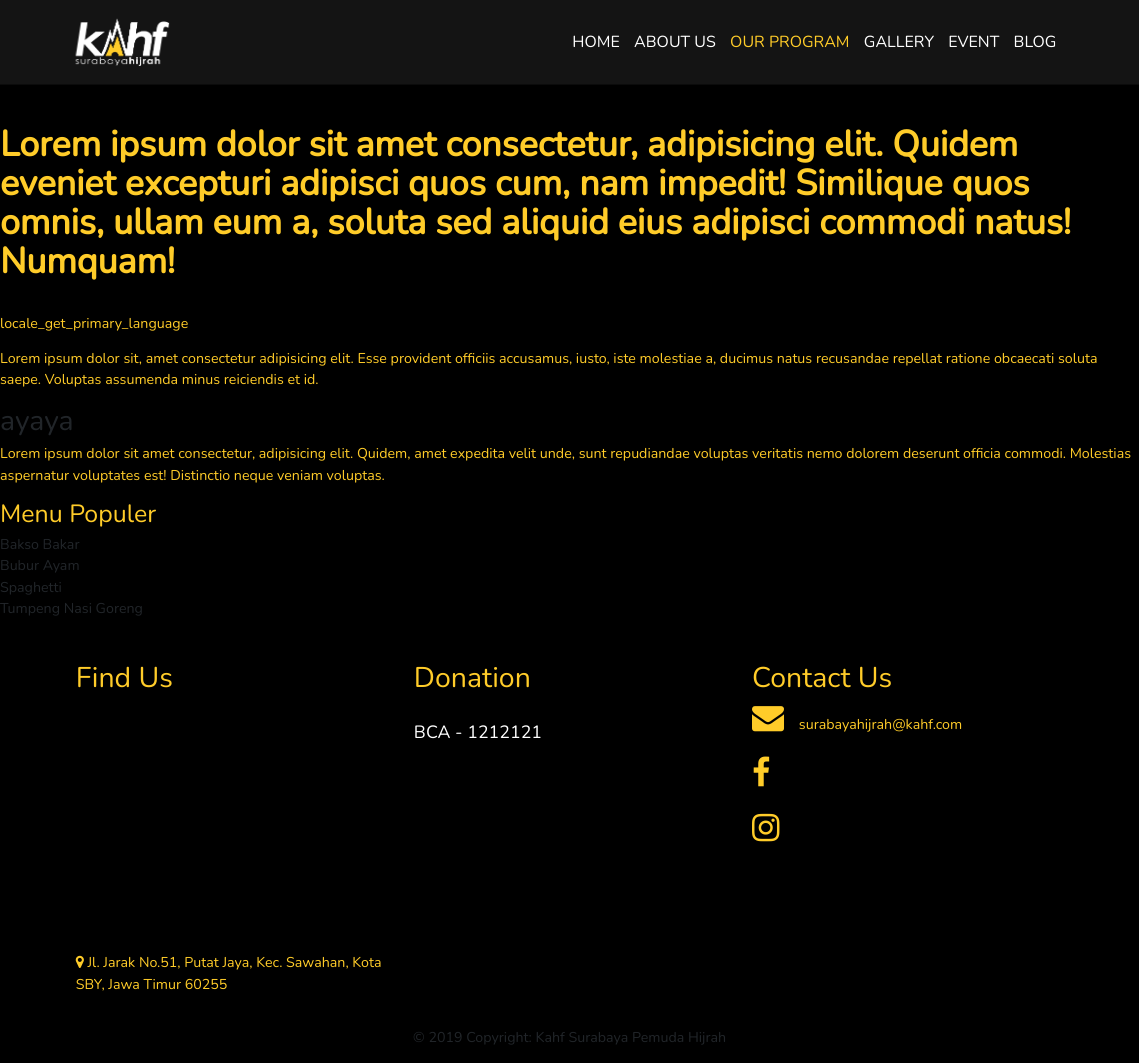
Repository: shandytp/surabaya-hijrah
Page: http://localhost/ourprogram.php
These files come from the project's save history. The page is drawn as it stood at one moment and after a run of saves; the edit follows.
The browser window is 1280 px wide. The pictures show the whole page, at 89% of full size.
Pictures or frames that could not be fetched are drawn as grey boxes. Some web libraries are served in a nearby version. The page is run by PHP 8.4 with error messages shown; the project is at /var/www/html/.

Above is the page before, as saved 2019-08-20 16:45:52.
Console error: TypeError: Cannot read properties of undefined (reading 'fn')

After the next 2 saves:
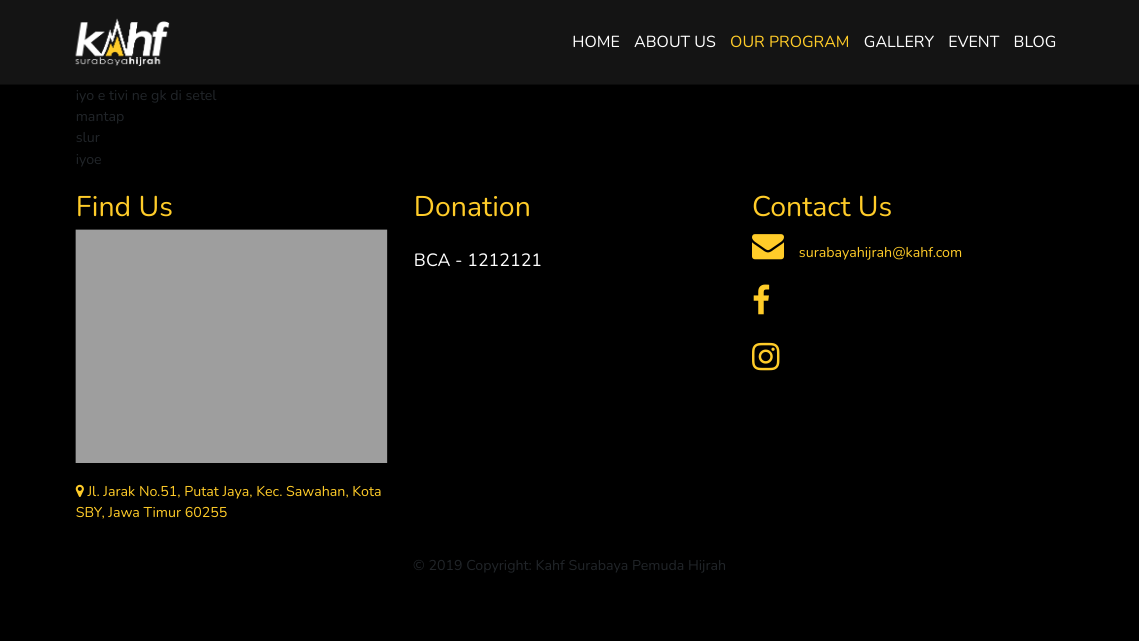
The 2 saves are shown as one change because they came seconds apart.
The last was saved 4 min 50 s later.
--- a/ourprogram.php
+++ b/ourprogram.php
@@ -85,27 +85,17 @@
 
 
     <!-- Program -->
-    <div class="content">
-      <h1>Lorem ipsum dolor sit amet consectetur, adipisicing elit. Quidem eveniet excepturi adipisci quos cum, nam impedit! Similique quos omnis, ullam eum a, soluta sed aliquid eius adipisci commodi natus! Numquam!</h1>
-      <p>locale_get_primary_language</p>
-      <p>Lorem ipsum dolor sit, amet consectetur adipisicing elit. Esse provident officiis accusamus, iusto, iste molestiae a, ducimus natus recusandae repellat ratione obcaecati soluta saepe. Voluptas assumenda minus reiciendis et id.</p>
+    <div class="container">
+      <div class="content">
+        <div class="right-sidebar">
+          <ul>iyo e tivi ne gk di setel
+            <li>mantap</li>
+            <li>slur</li>
+            <li>iyoe</li>
+          </ul>
+        </div>
+      </div>
     </div>
-    <div class="conten">
-      <h2>ayaya</h2>
-      <p>Lorem ipsum dolor sit amet consectetur, adipisicing elit. Quidem, amet expedita velit unde, sunt repudiandae voluptas veritatis nemo dolorem deserunt officia commodi. Molestias aspernatur voluptates est! Distinctio neque veniam voluptas.</p>
-    </div>
-    <div class="kanan">
-                <h3>Menu Populer</h3>
-                <ul>
-                    <li>Bakso Bakar</li>
-                    <li>Bubur Ayam</li>
-                    <li>Spaghetti</li>
-                    <li>Tumpeng Nasi Goreng</li>
-                </ul>
-                <br>
-            </div>
-
-
 <!-- Footer -->
 <footer>
 <br/>
